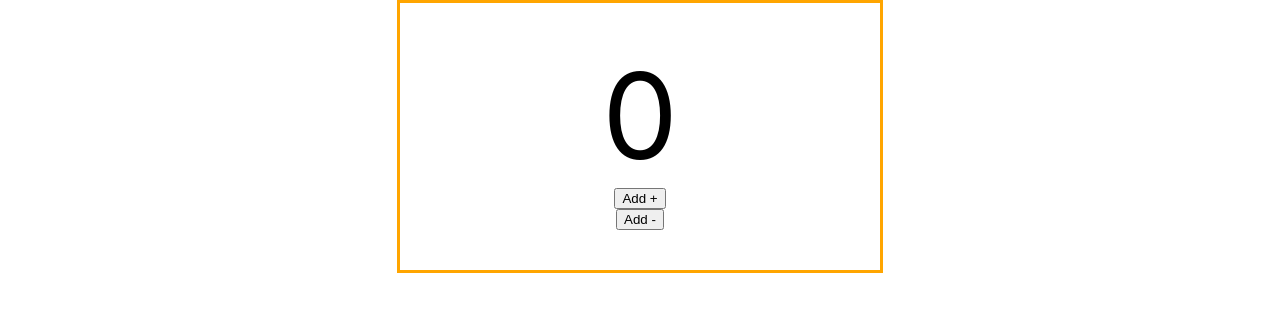
Repository: dnjfht/css-example
Page: /
The author's editor kept a copy of each file at every save. The page is drawn from the files as they stood at one save, then again after a run of saves.
The browser window is 1280 px wide. The pictures show the whole page.
The project was rebuilt for these pictures with package versions that can differ from the ones it lists, and the page was loaded fresh each time.

Above is the page before, as saved 2023-05-09 18:44:38.

### src/App.js
import React, { useState } from "react";
import Counter from "./components/Counter";

export default function App() {
  const [count, setCount] = useState(0);
  return (
    <div>
      <Counter count={count} setCount={setCount} />
    </div>
  );
}

### src/components/Counter.jsx
import React from "react";

export default function Counter({ count, setCount }) {
  const handleClickCountUp = () => {
    setCount(count + 1);
  };

  const handleClickCountDown = () => {
    if (count > 0) setCount(count - 1);
  };

  return (
    <div
      style={{
        width: 400,
        padding: 40,
        margin: "0 auto",
        border: "3px solid orange",
        display: "flex",
        flexDirection: "column",
        alignItems: "center",
      }}
    >
      <span style={{ fontSize: 120 }}>{count}</span>
      <button onClick={handleClickCountUp}>Add +</button>
      <button onClick={handleClickCountDown}>Add -</button>
    </div>
  );
}

Loaded but not shown: public/index.html (common file); src/index.js (common file); src/index.css (common file); src/reportWebVitals.js (common file)

After the next 2 saves:
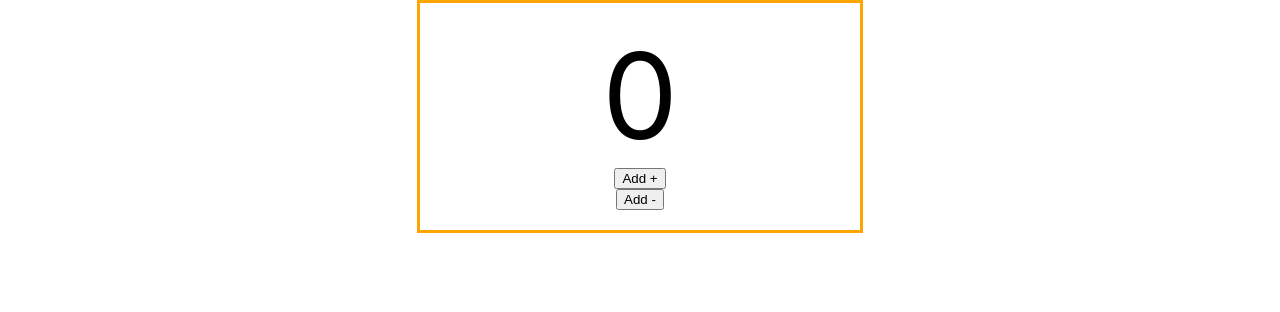
The 2 saves are shown as one change because they came seconds apart.
The last was saved 11 s later.
--- a/src/components/Counter.jsx
+++ b/src/components/Counter.jsx
@@ -13,7 +13,7 @@ export default function Counter({ count, setCount }) {
     <div
       style={{
         width: 400,
-        padding: 40,
+        padding: 20,
         margin: "0 auto",
         border: "3px solid orange",
         display: "flex",
